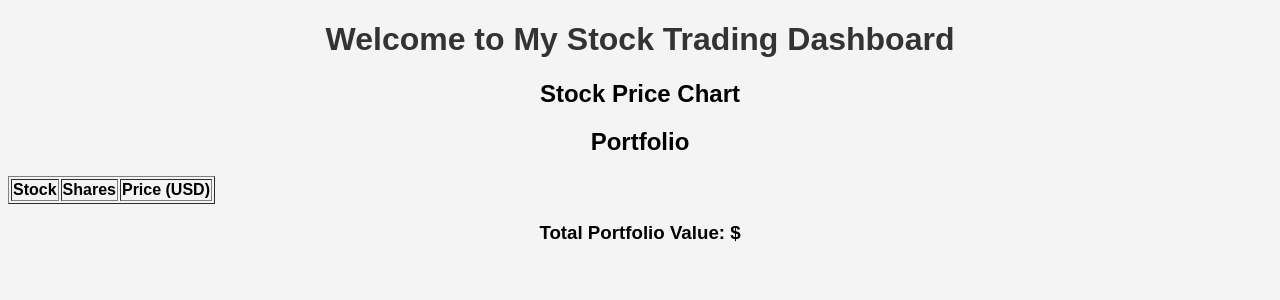
Repository: andrewbaggio1/Hackathon_2024
Page: flask/templates/index.html
An editor plug-in stored every save of this project. The page is shown before and after the next save, followed by the edit.
The browser window is 1280 px wide. The pictures show the whole page.
The page is served by the project's application, run on Flask 3 (flask/explore.py). The template is opened directly, without the code that normally fills it, so the values that code supplies are empty.

Above is the page before, as saved 2024-10-18 22:54:28.

After the next save:
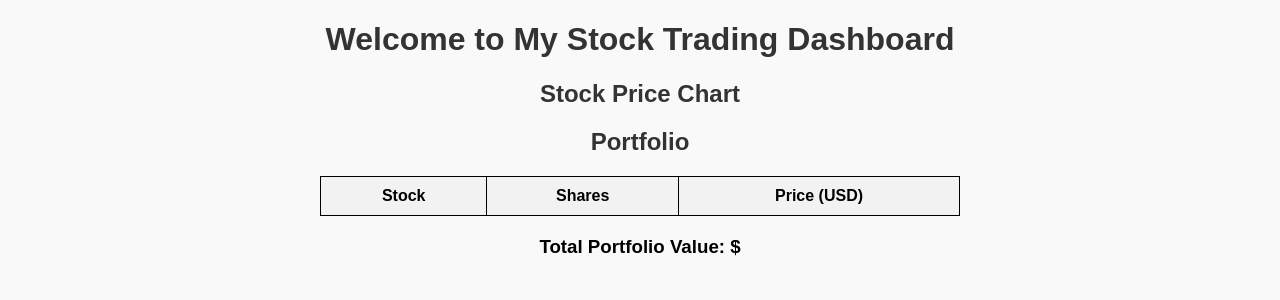
Saved 5 s later.
--- a/flask/static/style.css
+++ b/flask/static/style.css
@@ -1,9 +1,26 @@
 body {
     font-family: Arial, sans-serif;
-    background-color: #f4f4f4;
+    background-color: #f9f9f9;
+    margin: 0;
+    padding: 0;
     text-align: center;
 }
 
-h1 {
+h1, h2 {
     color: #333;
 }
+
+table {
+    margin: 20px auto;
+    border-collapse: collapse;
+    width: 50%;
+}
+
+table, th, td {
+    border: 1px solid black;
+    padding: 10px;
+}
+
+th {
+    background-color: #f2f2f2;
+}
